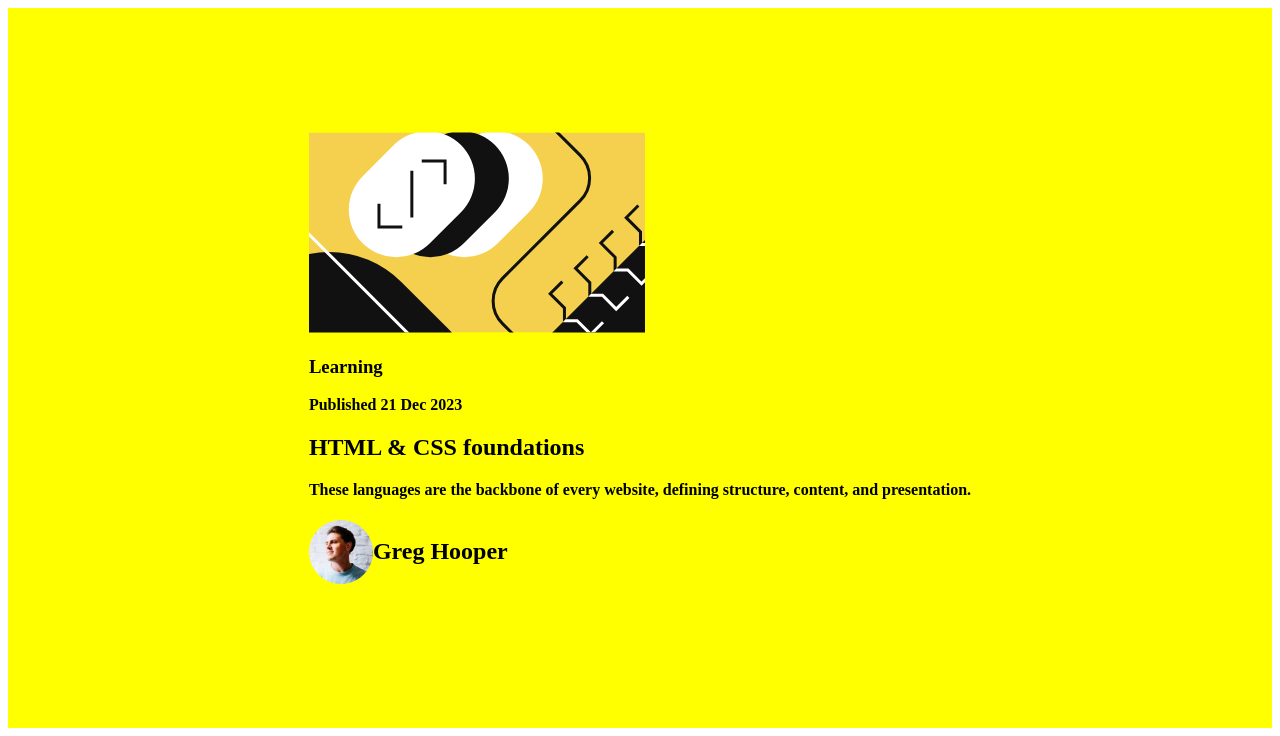
Repository: reemoon-ctrl/blog-preview-card
Page: index.html
These files come from the project's save history. The page is drawn as it stood at one moment and after the next save; the edit follows.
The browser window is 1280 px wide. The pictures show the whole page.

Above is the page before, as saved 2024-07-19 13:48:17.

### index.html
<!DOCTYPE html>
<html>
    <head>
        <title>Frontend Mentor | Blog preview card</title>
        <link rel="stylesheet" href="index.css" />


    </head>
    <body>
        <article class="blog-card-article">
            <div class="blog-card">
                <img class="blog-img"src="img\illustration-article.svg" alt="illustration-article" />
                <h3 class="blog-category">Learning</h3>
                <b class="blog-date">Published 21 Dec 2023</b>
                <h1 class="blog-title">HTML & CSS foundations</h1>
                <b class="blog-discrip">These languages are the backbone of every website, defining structure, content, and presentation.</b>
                <h2 class="blog-author"><img  src="img\image-avatar.webp" alt="Greg Hooper avatar"/>Greg Hooper</h2>
            </div>
        </article>

    </body>
</html>

### index.css
.blog-card-article{
    min-height: 100vh;
    display: flex;
    align-items:center;
    justify-content: center;
    background-color: yellow;

}

.blog-card{
    background-color: ;

}

.blog-img{


}

.blog-category{


}

.blog-date{

}

.blog-title{

}
.blog-discrip{

}

.blog-author{
    display: flex;
    align-items:center;

}

After the next save:
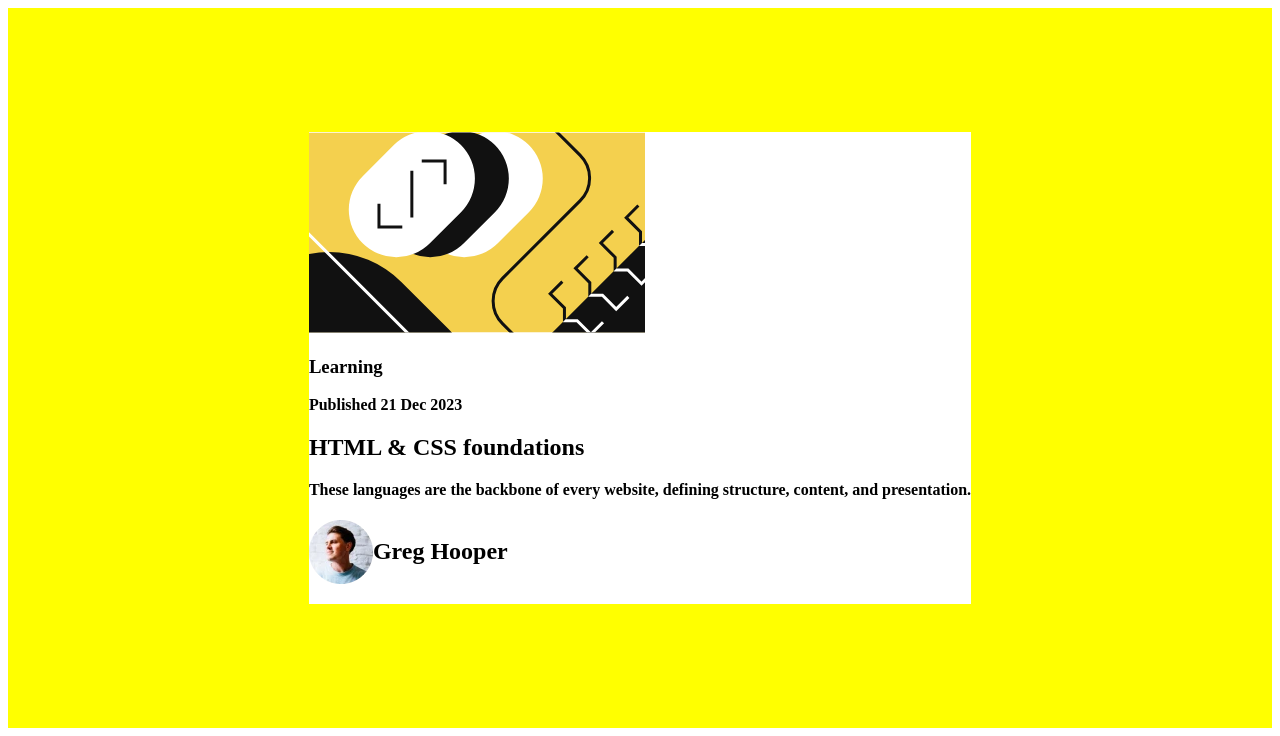
Saved 4 s later.
--- a/index.css
+++ b/index.css
@@ -8,7 +8,7 @@
 }
 
 .blog-card{
-    background-color: ;
+    background-color: white;
 
 }
 
